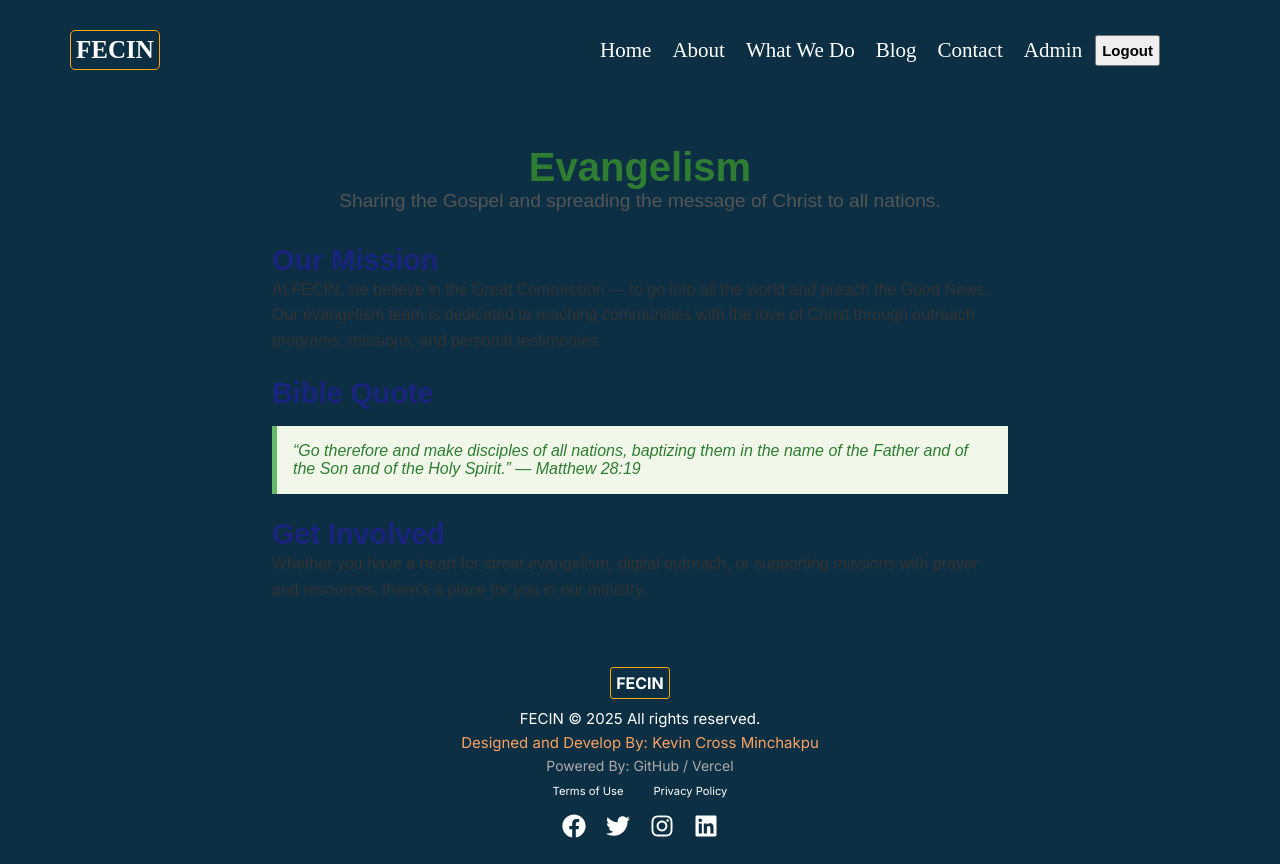
Repository: KCMinchakpu/fecin-projectgs497
Page: /evangelism
These files come from the project's save history. The page is drawn as it stood at one moment and after the next save; the edit follows.
The browser window is 1280 px wide. The pictures show the whole page.
The project was rebuilt for these pictures with package versions that can differ from the ones it lists, and the page was loaded fresh each time. The framework's server and built-in components were replaced by stand-ins that run in the browser. Also part of the build but not shown: next.config.mjs.

Above is the page before, as saved 2025-04-06 14:00:06.

After the next save:
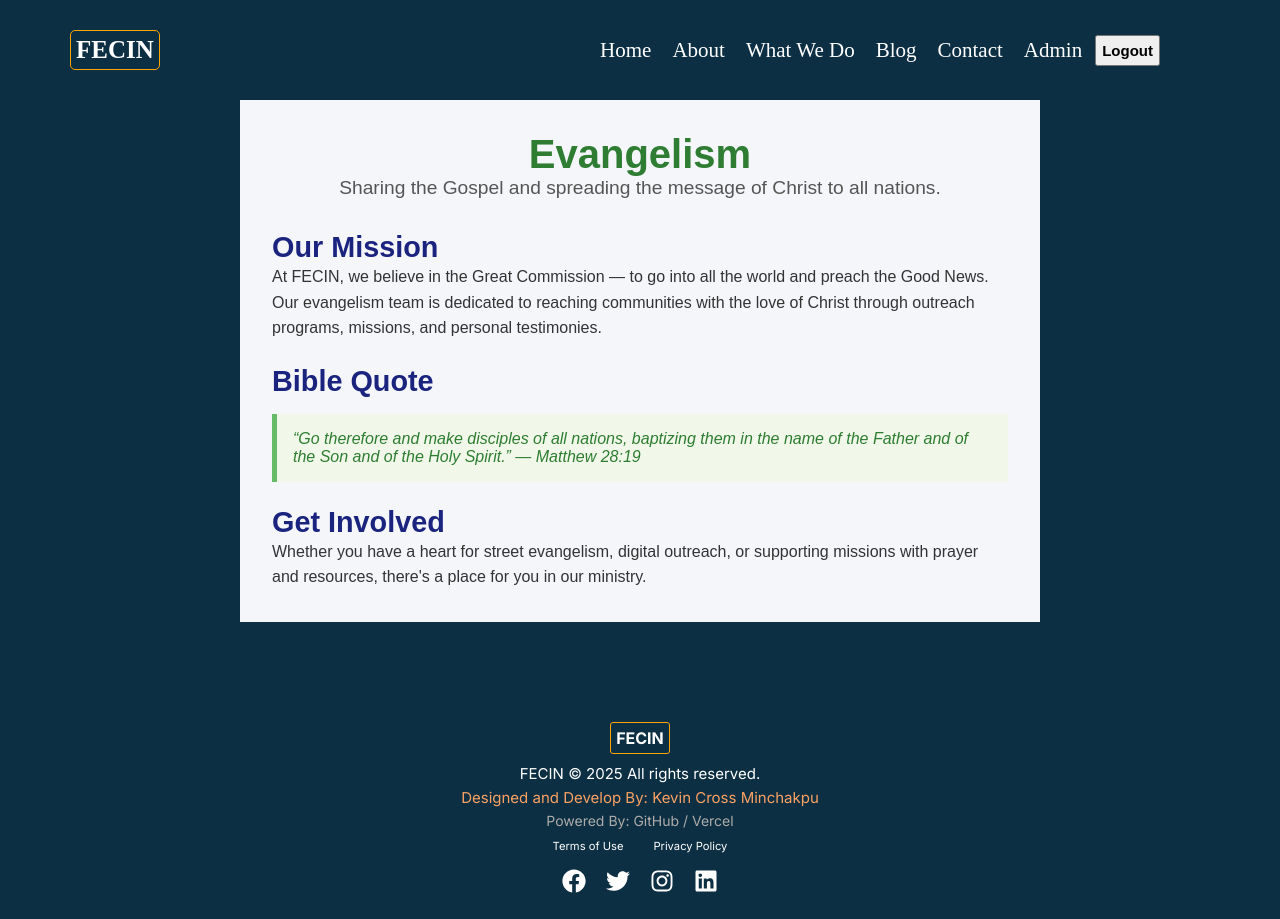
Saved 46 s later.
--- a/src/app/evangelism/Evangelism.module.css
+++ b/src/app/evangelism/Evangelism.module.css
@@ -3,6 +3,8 @@
     max-width: 800px;
     margin: 0 auto;
     font-family: 'Arial', sans-serif;
+    background-color: #f4f6fa;
+    margin-bottom: 80px;
   }
 
   .hero {
